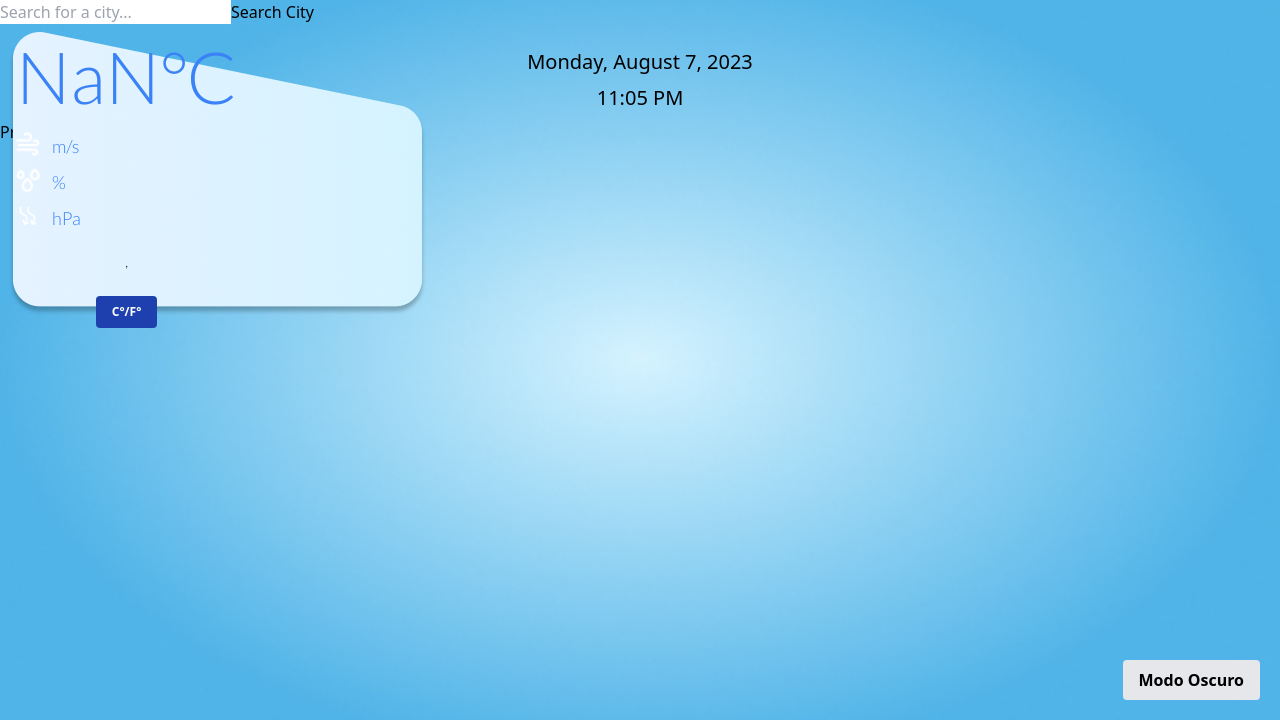
Repository: LukasMoyano/WeatherApp-_-LukasMoyano-_-V-_4.0_6.6.6
Page: /
The author's editor kept a copy of each file at every save. The page is drawn from the files as they stood at one save, then again after the next save.
The browser window is 1280 px wide. The pictures show the whole page.
The page's requests for data from a server got no answer. The project was rebuilt for these pictures with package versions that can differ from the ones it lists, and the page was loaded fresh each time. No one was signed in, and anything a server would have sent is missing. Also part of the build but not shown: vite.config.js.

Above is the page before, as saved 2023-08-08 00:23:09.

After the next save:
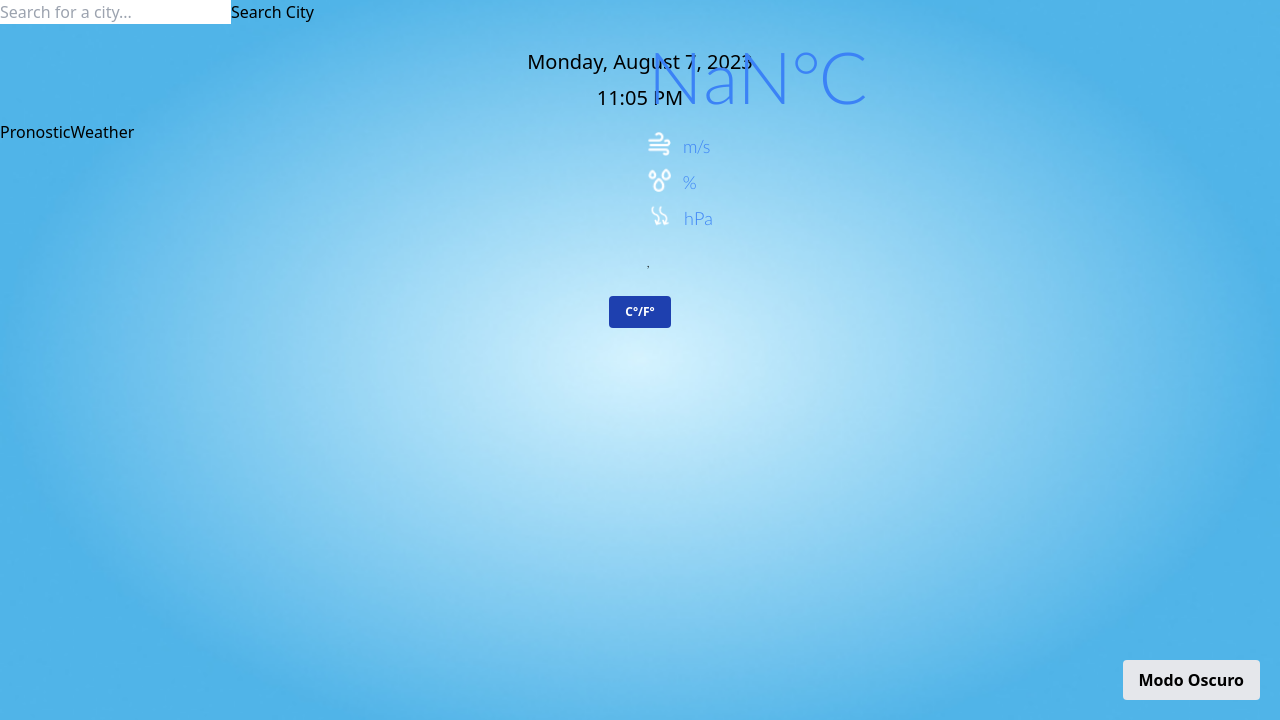
Saved 21 s later.
--- a/src/components/Weather.jsx
+++ b/src/components/Weather.jsx
@@ -56,7 +56,7 @@
   const { date, time } = getCurrentDateTime();
 
   return (
-<main className = "p-2 flex flex-col">
+<main className = "p-2 flex flex-col justify-center items-center">
 
 
 

After the save that followed:
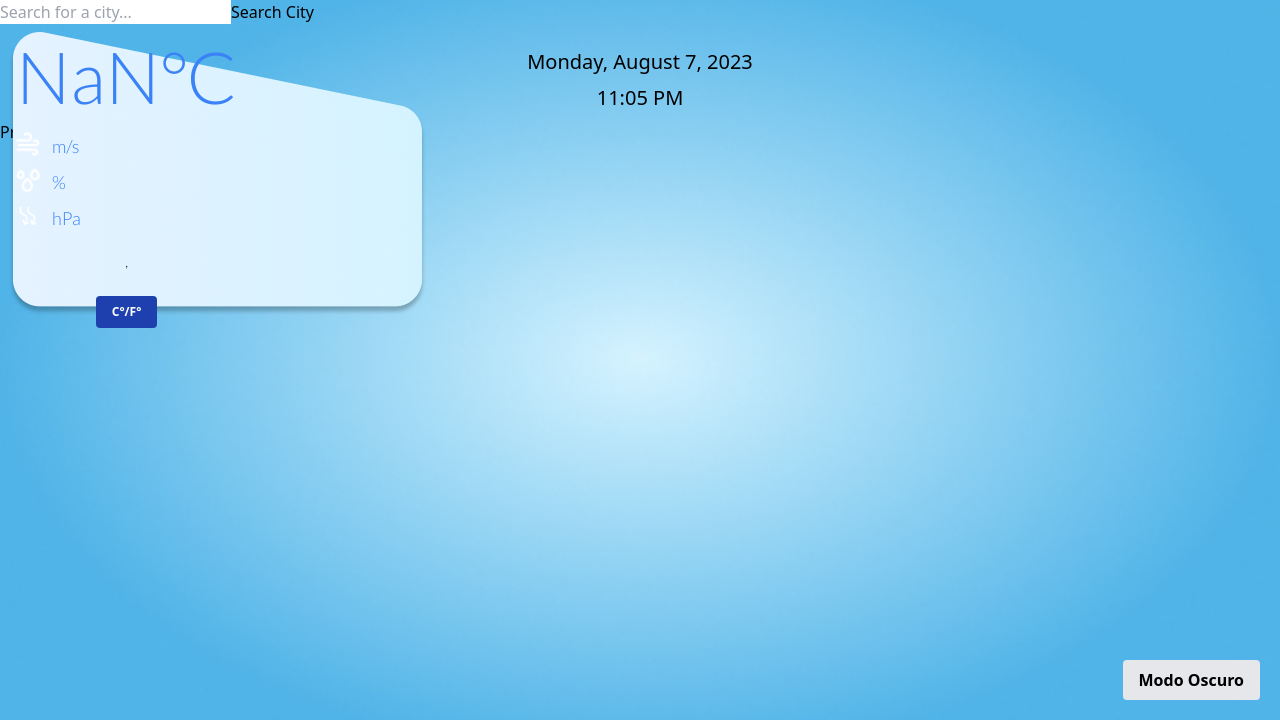
Saved 2 min 49 s later.
--- a/src/components/Weather.jsx
+++ b/src/components/Weather.jsx
@@ -56,7 +56,7 @@
   const { date, time } = getCurrentDateTime();
 
   return (
-<main className = "p-2 flex flex-col justify-center items-center">
+<main className = "p-2 flex flex-col justify-center">
 
 
 
